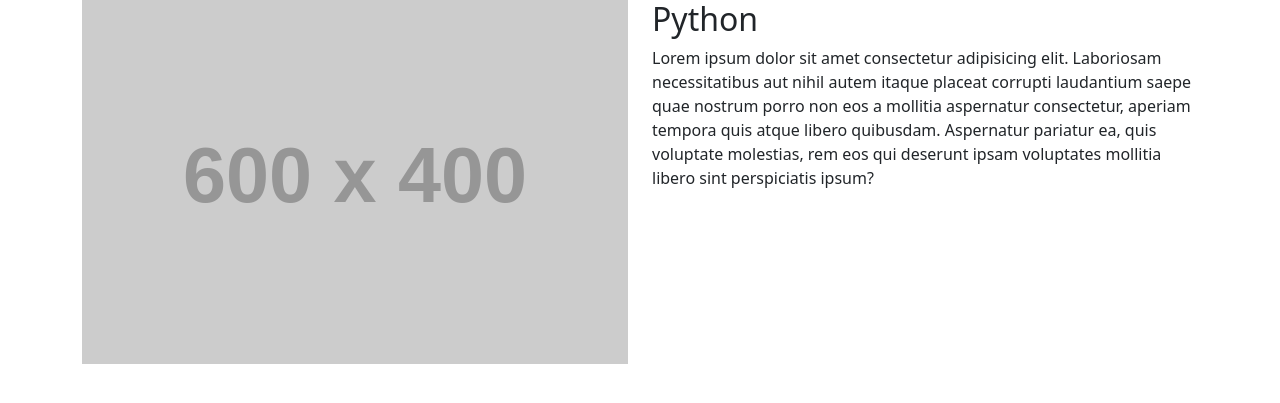
Repository: fbansept/ran4_24
Page: index.html
The author's editor kept a copy of each file at every save. The page is drawn from the files as they stood at one save, then again after the next save.
The browser window is 1280 px wide. The pictures show the whole page.

Above is the page before, as saved 2024-10-14 11:01:37.

### index.html
<!DOCTYPE html>
<html lang="en">
  <head>
    <meta charset="UTF-8" />
    <meta name="viewport" content="width=device-width, initial-scale=1.0" />
    <title>Document</title>
    <link
      href="https://cdn.jsdelivr.net/npm/bootstrap@5.3.3/dist/css/bootstrap.min.css"
      rel="stylesheet"
      integrity="sha384-QWTKZyjpPEjISv5WaRU9OFeRpok6YctnYmDr5pNlyT2bRjXh0JMhjY6hW+ALEwIH"
      crossorigin="anonymous"
    />
    <script
      defer
      src="https://cdn.jsdelivr.net/npm/bootstrap@5.3.3/dist/js/bootstrap.bundle.min.js"
      integrity="sha384-YvpcrYf0tY3lHB60NNkmXc5s9fDVZLESaAA55NDzOxhy9GkcIdslK1eN7N6jIeHz"
      crossorigin="anonymous"
    ></script>
  </head>
  <body>
    <main class="container">
      <div class="row g-0 g-md-4">
        <img
          class="col-2 col-md-6 object-fit-cover"
          src="https://placehold.co/600x400"
        />
        <div class="col-10 col-md-6">
          <h2>Python</h2>
          <p>
            Lorem ipsum dolor sit amet consectetur adipisicing elit. Laboriosam
            necessitatibus aut nihil autem itaque placeat corrupti laudantium
            saepe quae nostrum porro non eos a mollitia aspernatur consectetur,
            aperiam tempora quis atque libero quibusdam. Aspernatur pariatur ea,
            quis voluptate molestias, rem eos qui deserunt ipsam voluptates
            mollitia libero sint perspiciatis ipsum?
          </p>
        </div>
      </div>
    </main>
  </body>
</html>

After the next save:
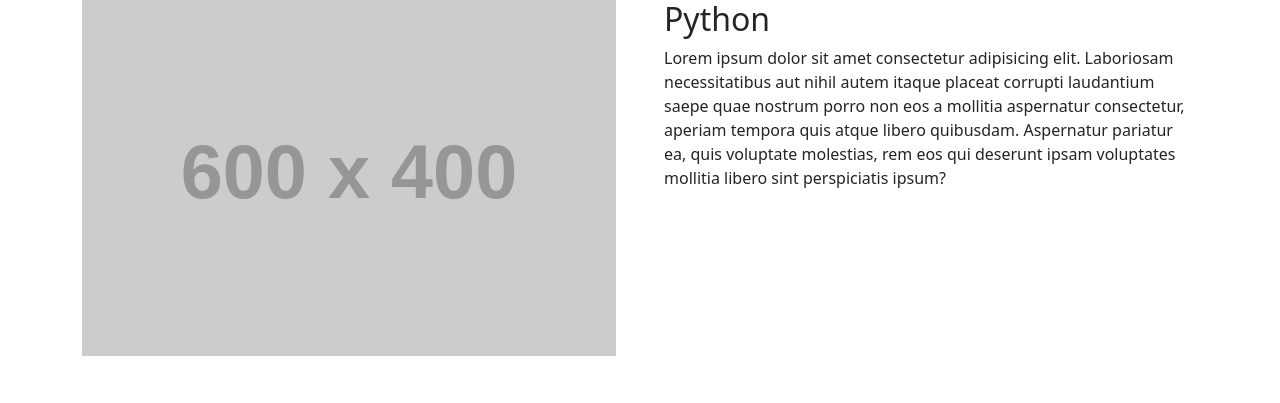
Saved 61 s later.
--- a/index.html
+++ b/index.html
@@ -19,7 +19,7 @@
   </head>
   <body>
     <main class="container">
-      <div class="row g-0 g-md-4">
+      <div class="row g-0 g-md-5">
         <img
           class="col-2 col-md-6 object-fit-cover"
           src="https://placehold.co/600x400"

After the save that followed:
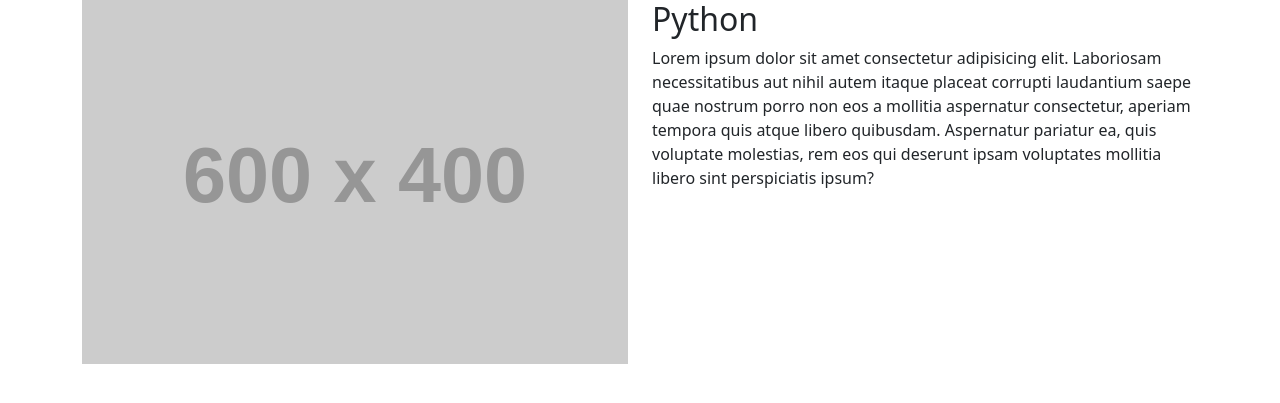
Saved 21 s later.
--- a/index.html
+++ b/index.html
@@ -19,7 +19,7 @@
   </head>
   <body>
     <main class="container">
-      <div class="row g-0 g-md-5">
+      <div class="row g-0 g-md-4">
         <img
           class="col-2 col-md-6 object-fit-cover"
           src="https://placehold.co/600x400"
